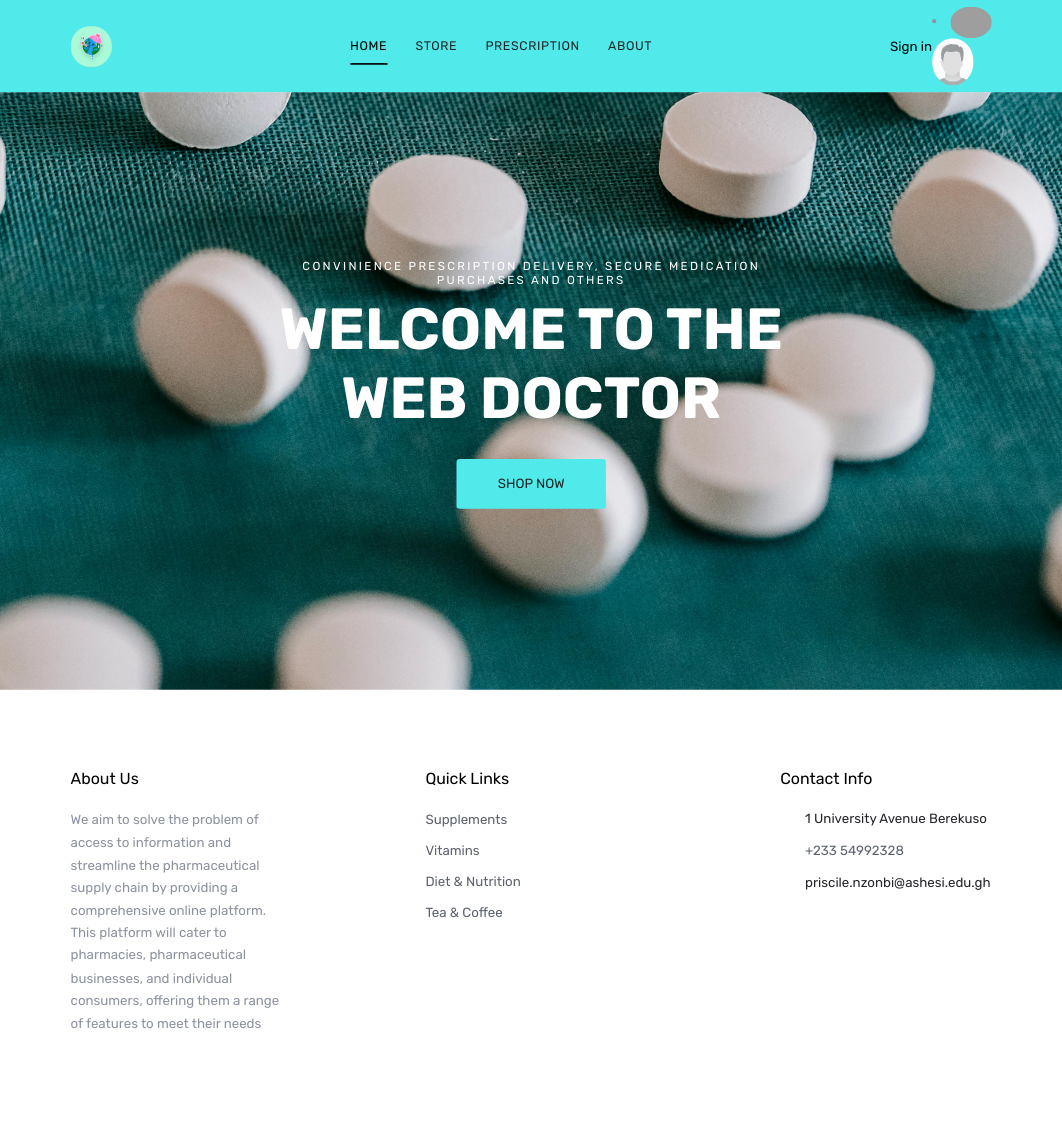
Repository: Argivist/Web-Doctor
Page: http://localhost/view/home.php
These files come from the project's save history. The page is drawn as it stood at one moment and after the next save; the edit follows.
The browser window is 1280 px wide. The pictures show the whole page, at 83% of full size.
Pictures or frames that could not be fetched are drawn as grey boxes. Some web fonts or font styles are not loaded; a fallback is used. The page is run by PHP 8.4 with error messages shown; the project is at /var/www/html/.

Above is the page before, as saved 2024-03-09 18:05:35.

After the next save:
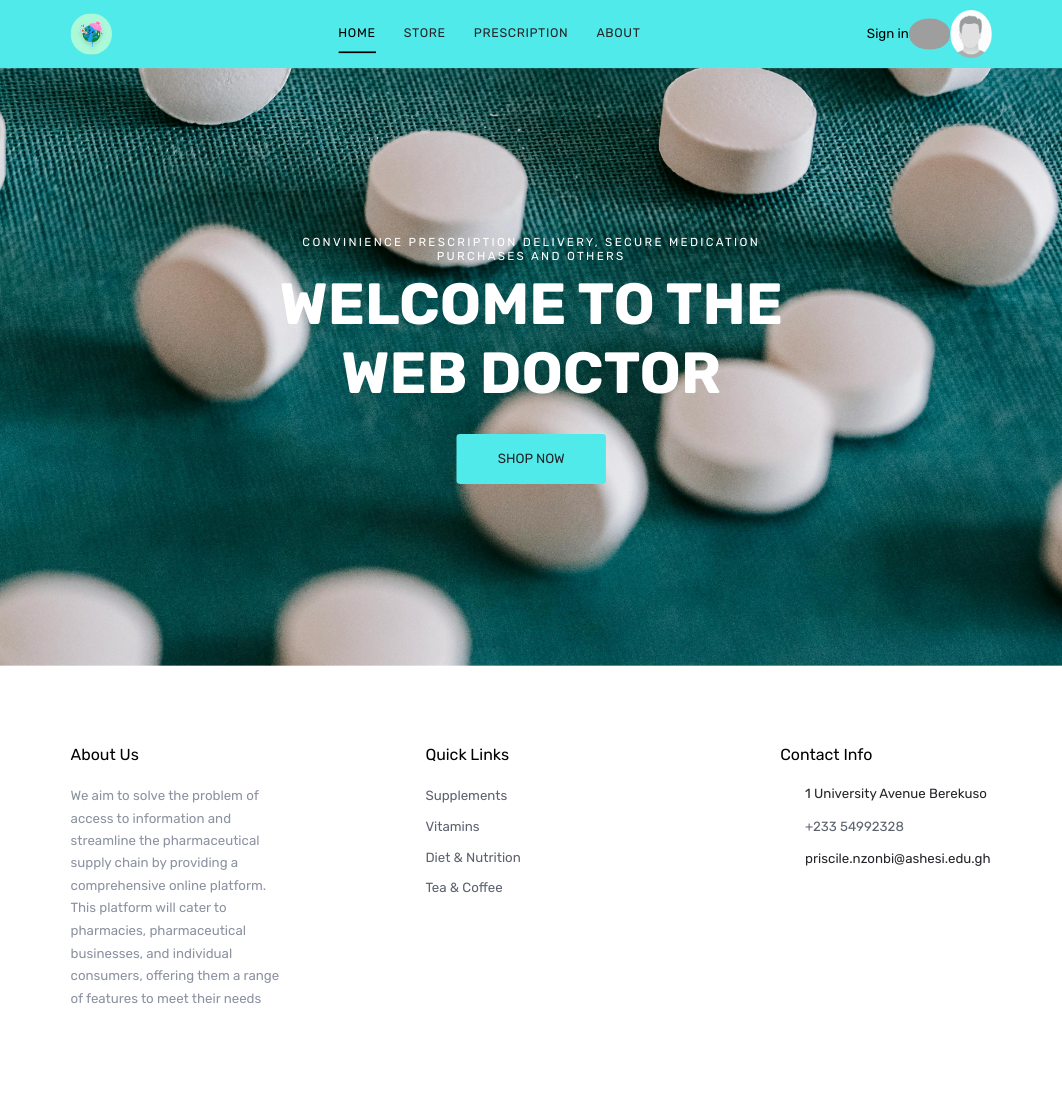
Saved 18 s later.
--- a/view/home.php
+++ b/view/home.php
@@ -52,7 +52,7 @@ session_start();
             echo "<div class='logout'><a href='../actions/logout.php'>Logout</a></div>";
           } else {
             echo "<div class='login'><a href='../login/login.php'>Sign in</a></div>";
-          } ?></li><li>
+          } ?>
           <!-- cart -->
           <?php
               if (isset($_SESSION['id'])) {
